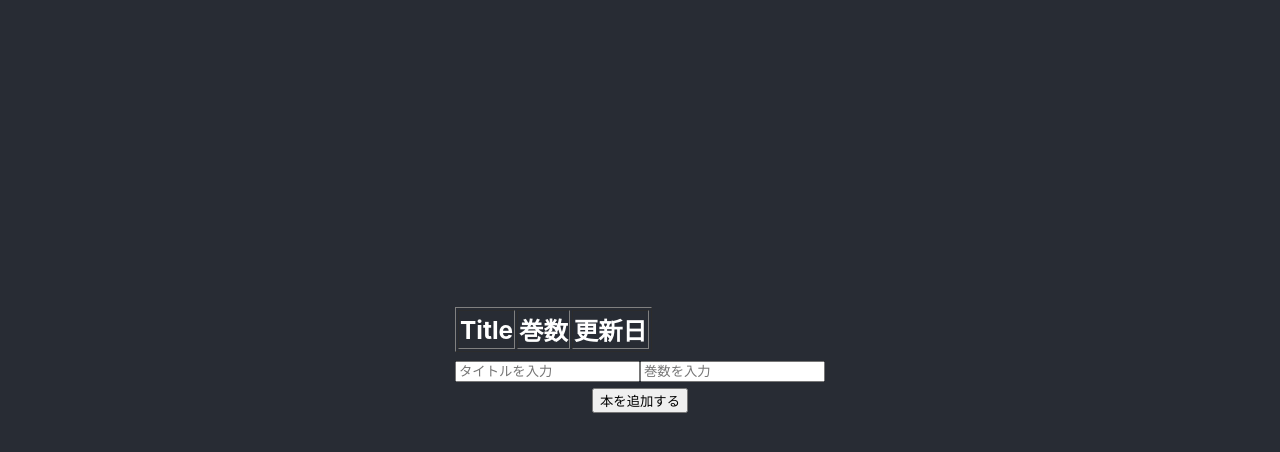
Repository: shotanobukuni/BooksManage
Page: / (app in frontend/app/)
An editor plug-in stored every save of this project. The page is shown before and after the next save, followed by the edit.
The browser window is 1280 px wide. The pictures show the whole page.
The page's requests for data from a server got no answer. The project was rebuilt for these pictures with package versions that can differ from the ones it lists, and the page was loaded fresh each time. No one was signed in, and anything a server would have sent is missing.

Above is the page before, as saved 2021-02-24 21:47:17.

### frontend/app/src/App.js
import './App.css';
import BooskManageView from './components/BooskManageView';

function App() {
  return (
    <div className="App">
      <header className="App-header">
        <BooskManageView />
      </header>
    </div>
  );
}

export default App;

### frontend/app/src/components/BooskManageView.js
import React, {useState, useEffect, createContext} from 'react'
import axios from 'axios'
import AddNewBook from './AddNewBook'
import BookCreater from './BookCreater'

function BooskManageView() {

    // Get All Books Data
    const [bookList, setBookList] = useState([])
    useEffect(() => {
        axios.get(`http://127.0.0.1:8000/api/books/`)
        .then(res => {setBookList(res.data)})
    }, [])
    return (
        <div>
            <table border="1">
                <tr>
                    <th>Title</th>
                    <th>巻数</th>
                    <th>更新日</th>
                </tr>
                {
                    bookList.map(book => <tr>
                        <td>{book.title}</td>
                        <td>{book.turns}</td>
                        <td>{book.updated_at}</td>
                    </tr>)
                }
            </table>
            <BookCreater.Provider value={"test"}>
            <AddNewBook />
            </BookCreater.Provider>
        </div>
    )
}

export default BooskManageView

### frontend/app/src/components/AddNewBook.js
import React, {useContext} from 'react'
import BookCreater from './BookCreater'

const AddNewBook = () => {
    const value = useContext(BookCreater);
    return (
        <div>
            <input type='text' name='title' placeholder='タイトルを入力' required />
            <input type='text' name='turns' placeholder='巻数を入力' required />
            <br/>
            <button>本を追加する</button>
        </div>
    )
}

export default AddNewBook

### frontend/app/src/components/BookCreater.js
import { createContext } from "react";

const BookCreater = createContext();

export default BookCreater

Loaded but not shown: frontend/app/public/index.html (common file); frontend/app/src/index.js (common file); frontend/app/src/index.css (common file); frontend/app/src/reportWebVitals.js (common file); frontend/app/src/App.css (common file)

After the next save:
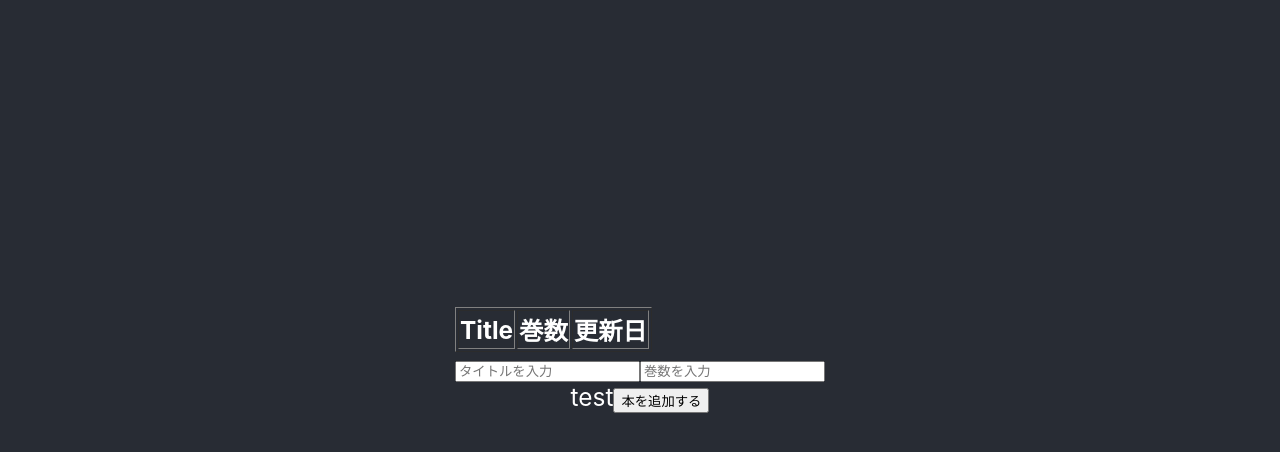
Saved 15 s later.
--- a/frontend/app/src/components/AddNewBook.js
+++ b/frontend/app/src/components/AddNewBook.js
@@ -8,6 +8,7 @@
             <input type='text' name='title' placeholder='タイトルを入力' required />
             <input type='text' name='turns' placeholder='巻数を入力' required />
             <br/>
+            {value}
             <button>本を追加する</button>
         </div>
     )

After the save that followed:
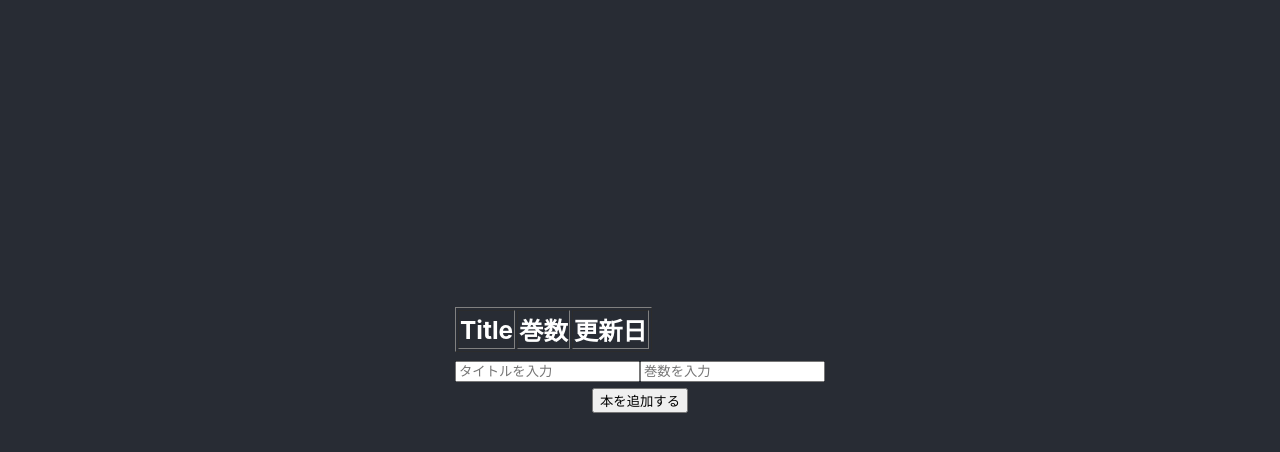
Saved 5 s later.
--- a/frontend/app/src/components/AddNewBook.js
+++ b/frontend/app/src/components/AddNewBook.js
@@ -8,7 +8,6 @@
             <input type='text' name='title' placeholder='タイトルを入力' required />
             <input type='text' name='turns' placeholder='巻数を入力' required />
             <br/>
-            {value}
             <button>本を追加する</button>
         </div>
     )
